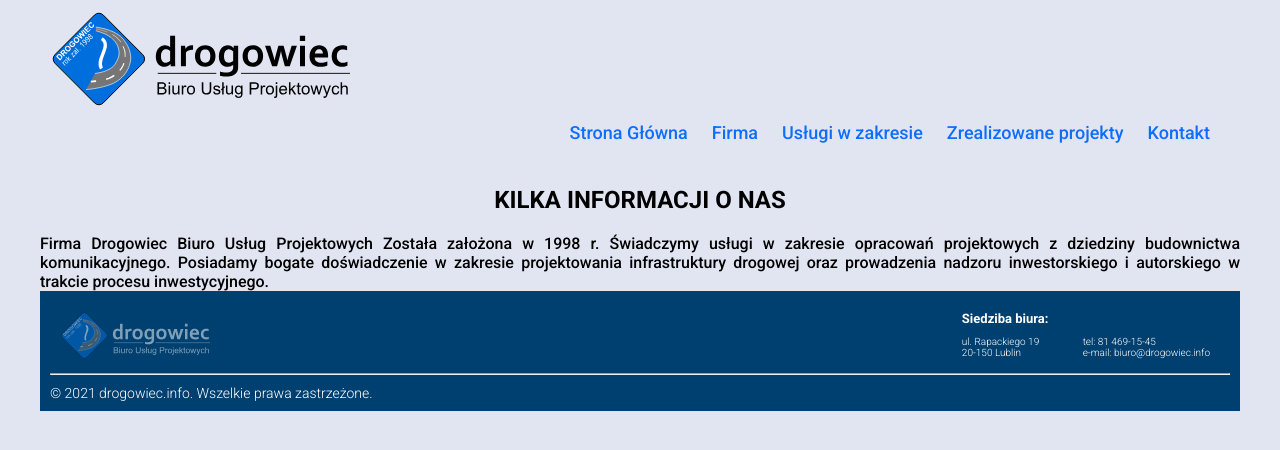
Repository: AdamBodzak/WTF_v2
Page: index.html
These files come from the project's save history. The page is drawn as it stood at one moment and after the next save; the edit follows.
The browser window is 1280 px wide. The pictures show the whole page.

Above is the page before, as saved 2021-01-08 18:41:45.

After the next save:
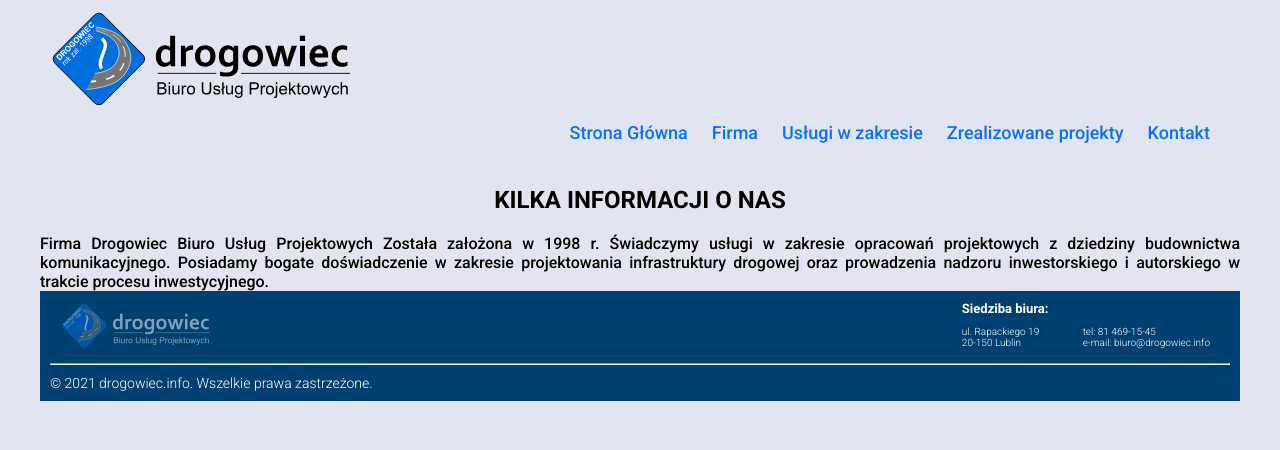
Saved 9 s later.
--- a/style.css
+++ b/style.css
@@ -63,7 +63,7 @@
 
 #footerID {
     position: relative;
-    padding: 10px 10px 10px 10px;
+    padding: 0px 10px 10px 10px;
     font-weight: 300;
     font-size: 14px;
     color: white;
